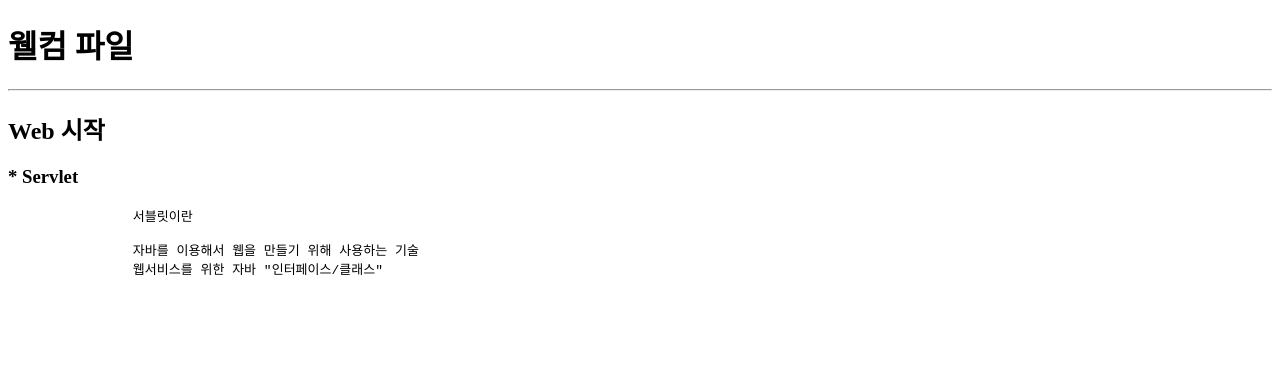
Repository: Simyoungdo04/dynamic-workspace
Page: FirstProject/src/main/webapp/index.html
The author's editor kept a copy of each file at every save. The page is drawn from the files as they stood at one save, then again after the next save.
The browser window is 1280 px wide. The pictures show the whole page.

Above is the page before, as saved 2026-05-04 03:22:32.

### FirstProject/src/main/webapp/index.html
<!DOCTYPE html>
<html>
<head>
<meta charset="UTF-8">
<title>HTML index</title>
</head>
<body>
	<h1>웰컴 파일</h1>
	<!--
		1) 새 워크스페이스 생성 후 이클립스 열기

		2) 작업 환경 구성

			2-1) 보여질 화면요소를 구성

			2-2) 서버 실행환경 구성[Window - Preferences](Server - Runtime Environments)
			이클립스 상에서 서버를 실행할 수 있도록 실행환경을 연동하는 과정
			Add 버튼 클릭 -> 설치한 ApacheTomcat과 동일한 버전을 선택 -> Next버튼 누르기
			-> Browse버튼 클릭 -> 설치한 톰캣 폴더까지 이동(bin폴더가 보여야함) -> Finish버튼 클릭

		3) 서버 생성하기[Servers]

			3-1) [Server] - [New] - [Server]

			3-2) 2-2번 작업을 하고 왔다면 기본적으로 Runtime이 잡혀있음

			3-3) Finish버튼 클릭

			3-4) 서버 세티아기(만들어진 서버를 더블클릭)

				3-4-1) 왼쪽 하단에 ServerOptions탭이 있음 -> Server Module Publishing 체크박스 체크
				=> 체크를 안하면 file upload / download 경로 지정이 운영체제 상 숨김폴더로 지정

				3-4-2) 포트번호 충돌을 방지하기 위해서 포트번호 재설정 -> 작업이 끝나면 반드시 저장

			4) Dynamic Web Project 만들기 [Project Explorer - new]

				4-1) 프로젝트명 작성하기 - Next버튼 클릭

				4-2) default output folder 경로 재설정 :
					 src/main/webapp/WEB-INF/classes
				=> classes 폴더 안에 컴파일이 끝난 .class파일이 들어감
				WEB-INF안에 만들어두지 않으면 외부에서 접근이 가능하기 때문에 보안상 취양하다
				- Next버튼 클릭

				4-3) Context root : 애플리케이션만의 고유한 별칭으로 만들어줌(기본값 : 프로젝트 명)
				재정의 해서 쓰는것이 일반적임 실제로 매우 자주 바뀜
				=> 하나의 서버로 여러 개의 애플리케이션을 구동할 수 있음
				고유한 이름을 통해 애플리케이션에 요청을 보내는 경로로 사용할 수 있음

				Content Directory : 실제 배포되는 폴더(서버에 올라가는 폴더)의 최상위 폴더명
				=> 건들지 않음

				Generate web.xml deployment descriptor : 기본적으로 체크 X
				=> 현재 애플리케이션의 정보를 담는 파일 => 나는 죽었다깨어나도 바꿀 일 없다 => 안만들어도 무방
				Finish 버튼 클릭
	 -->

	 <hr>

	 <h2>Web 시작</h2>

	 <h3>* Servlet</h3>

	 <pre>
	 	서블릿이란

	 	자바를 이용해서 웹을 만들기 위해 사용하는 기술
	 	웹서비스를 위한 자바 "인터페이스/클래스"


	 </pre>















</body>
</html>

After the next save:
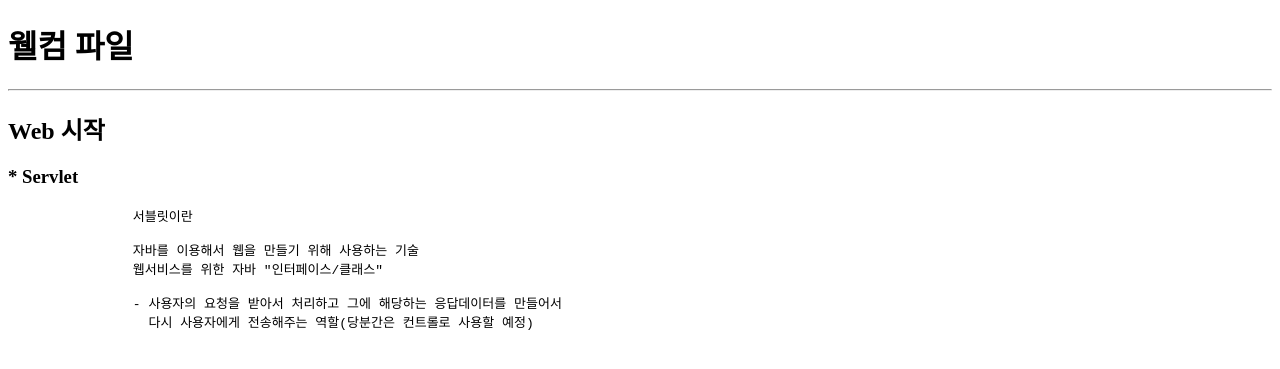
Saved 48 s later.
--- a/FirstProject/src/main/webapp/index.html
+++ b/FirstProject/src/main/webapp/index.html
@@ -68,7 +68,8 @@
 	 	자바를 이용해서 웹을 만들기 위해 사용하는 기술
 	 	웹서비스를 위한 자바 "인터페이스/클래스"
 
-
+	 	- 사용자의 요청을 받아서 처리하고 그에 해당하는 응답데이터를 만들어서
+	 	  다시 사용자에게 전송해주는 역할(당분간은 컨트롤로 사용할 예정)
 	 </pre>
 
 
